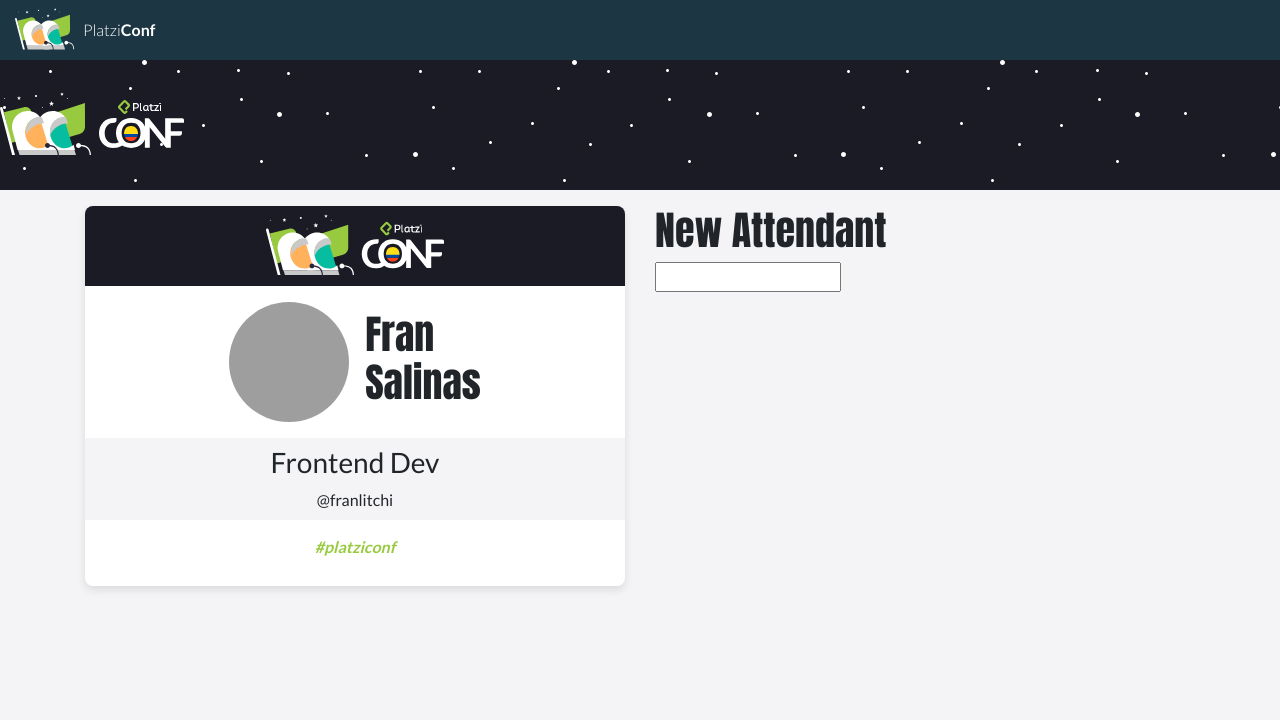
Repository: FranCodeCafe/fran-platzi-badges
Page: /
These files come from the project's save history. The page is drawn as it stood at one moment and after a run of saves; the edit follows.
The browser window is 1280 px wide. The pictures show the whole page.
Pictures or frames that could not be fetched are drawn as grey boxes. The project was rebuilt for these pictures with package versions that can differ from the ones it lists, and the page was loaded fresh each time.

Above is the page before, as saved 2020-01-20 11:20:25.

### src/index.js
import React from 'react';
import ReactDOM from 'react-dom';
import 'bootstrap/dist/css/bootstrap.css';

import './global.css';
import BadgeNew from './pages/BadgeNew';

const container = document.getElementById('app');

ReactDOM.render(<BadgeNew
    /* firstName="Fran"
    lastName="Salinas"
    avatarUrl="https://imgur.com/fMsLStH.jpg"
    jobTitle="Frontend Dev"
    twitter="franlitchi" */

/>, container);

### src/global.css
@import url('https://fonts.googleapis.com/css?family=Lato:300,400,700');
@import url('https://fonts.googleapis.com/css?family=Anton');


* {
  -webkit-font-smoothing: antialiased;
  -moz-osx-font-smoothing: grayscale;
}

body {
  font-family: 'Lato', 'Helvetica Neue', sans-serif;
  background-color: #F4F4F7;
}

h1 {
  font-family: 'Anton', sans-serif;
}

a.link-unstyled {
  color: inherit;
}

a.link-unstyled:hover {
  color: inherit;
  text-decoration: none;
}

.btn {
  padding: 0.375rem 2rem;
}

.btn.btn-primary {
  color: #fff;
  background-color: #7DCD40;
  border-color: #7DCD40;
}

.btn.btn-primary:not(:disabled):not(.disabled):hover {
  color: #fff;
  background-color: #7DCD40;
  border-color: #7DCD40;
}

.btn.btn-primary:not(:disabled):not(.disabled):active {
  color: #fff;
  background-color: #7DCD40;
  border-color: #7DCD40;
}

.btn.btn-primary:not(:disabled):not(.disabled):focus {
  box-shadow: 0 0 0 0.2rem rgba(125, 205, 64, 0.5);
}

.btn.btn-danger {
  color: #fff;
  background-color: #CD4040;
  border-color: #CD4040;
}

.btn.btn-danger:not(:disabled):not(.disabled):hover {
  color: #fff;
  background-color: #CD4040;
  border-color: #CD4040;
}

.btn.btn-danger:not(:disabled):not(.disabled):active {
  color: #fff;
  background-color: #CD4040;
  border-color: #CD4040;
}

.btn.btn-danger:not(:disabled):not(.disabled):focus {
  box-shadow: 0 0 0 0.2rem rgba(255, 64, 64, 0.5);
}

### src/pages/BadgeNew.js
import React from 'react';

import './styles/BadgeNew.css';
import header from '../images/badge-header.svg';
import Navbar from '../components/Navbar';
import Badge from '../components/Badge';
import BadgeForm from '../components/BadgeForm';


class BadgeNew extends React.Component {
  render() {
    return (
      <div>
        <Navbar/>
        <div className="BadgeNew__hero">
          <img className="img-fluid" src={header} alt="Logo"/>
        </div>

        <div className="container">
          <div className="row">
            <div className="col-6">
              <Badge avatarUrl="https://imgur.com/fMsLStH.jpg" firstName="Fran" lastName="Salinas" twitter="franlitchi" jobTitle="Frontend Dev" />
            </div>

            <div className="col-6">
              <BadgeForm />
            </div>

          </div>
        </div>
      </div>
    );
  }
}

export default BadgeNew;

### src/components/Navbar.js
import React from 'react';
import { Link } from 'react-router-dom';

import './styles/Navbar.css';
import logo from '../images/logo.svg';

class Navbar extends React.Component {
  render() {
    return (
      <div className="Navbar">
        <div className="container-fluid">
          <a className="Navbar__brand" href="/">
            <img className="Navbar__brand-logo" src={logo} alt="Logo" />
            <span className="font-weight-light">Platzi</span>
            <span className="font-weight-bold">Conf</span>
          </a>
        </div>
      </div>
    );
  }
}

export default Navbar;

### src/components/Badge.js
import React from 'react';

import './styles/Badge.css';
import confLogo from '../images/badge-header.svg';

class Badge extends React.Component {
  render() {
    return (
      <div className="Badge">
        <div className="Badge__header">
          <img src={confLogo} alt="Logo de la conferencia" />
        </div>

        <div className="Badge__section-name">
          <img
            className="Badge__avatar"
            src={this.props.avatarUrl}
            alt="Avatar"
          />
          <h1>
            {this.props.firstName} <br /> {this.props.lastName}
          </h1>
        </div>

        <div className="Badge__section-info">
          <h3>{this.props.jobTitle}</h3>
          <div>@{this.props.twitter}</div>
        </div>

        <div className="Badge__footer">#platziconf</div>
      </div>
    );
  }
}

export default Badge;

### src/components/BadgeForm.js
import React from 'react';

class BadgeForm extends React.Component {
  handleClick = e => {
    console.log('Button was clicked');
  };

  handleSubmit = e => {
    e.preventDefault();
    console.log('Form was submitted');
    console.log(this.state);
  };

  render() {
    return (
      <div>
        <h1>New Attendant</h1>

        <form>
          <div>
            <label></label>
            <input />
          </div>
        </form>
      </div>
    );
  }
}

export default BadgeForm;

### src/components/styles/Badge.css
.Badge {
  background: #FFFFFF;
  box-shadow: 0 4px 8px 0 rgba(0, 0, 0, 0.10);
  border-radius: 8px 8px 8px 8px;
  overflow: hidden;
  height: 380px;
}

.Badge__header {
  padding: 0.5rem 0;
  height: 80px;
  background: #1B1B25;
  display: flex;
  justify-content: center;
}

.Badge__section-name {
  display: flex;
  justify-content: center;
  align-items: center;
  padding: 1rem 0;
}

.Badge__section-info {
  display: flex;
  flex-direction: column;
  justify-content: center;
  align-items: center;
  padding: 0.5rem 0;
  background: #F4F4F7;
}


.Badge__avatar {
  border-radius: 50%;
  margin-right: 1rem;
  width: 120px;
  height: 120px;
}

.Badge__footer {
  height: 54px;
  display: flex;
  justify-content: center;
  align-items: center;
  color: #98CA3F;
  font-weight: bold;
  font-style: italic;
}

Loaded but not shown: public/index.html (common file); src/pages/styles/BadgeNew.css (common file); src/components/styles/Navbar.css (common file)

After the next 3 saves:
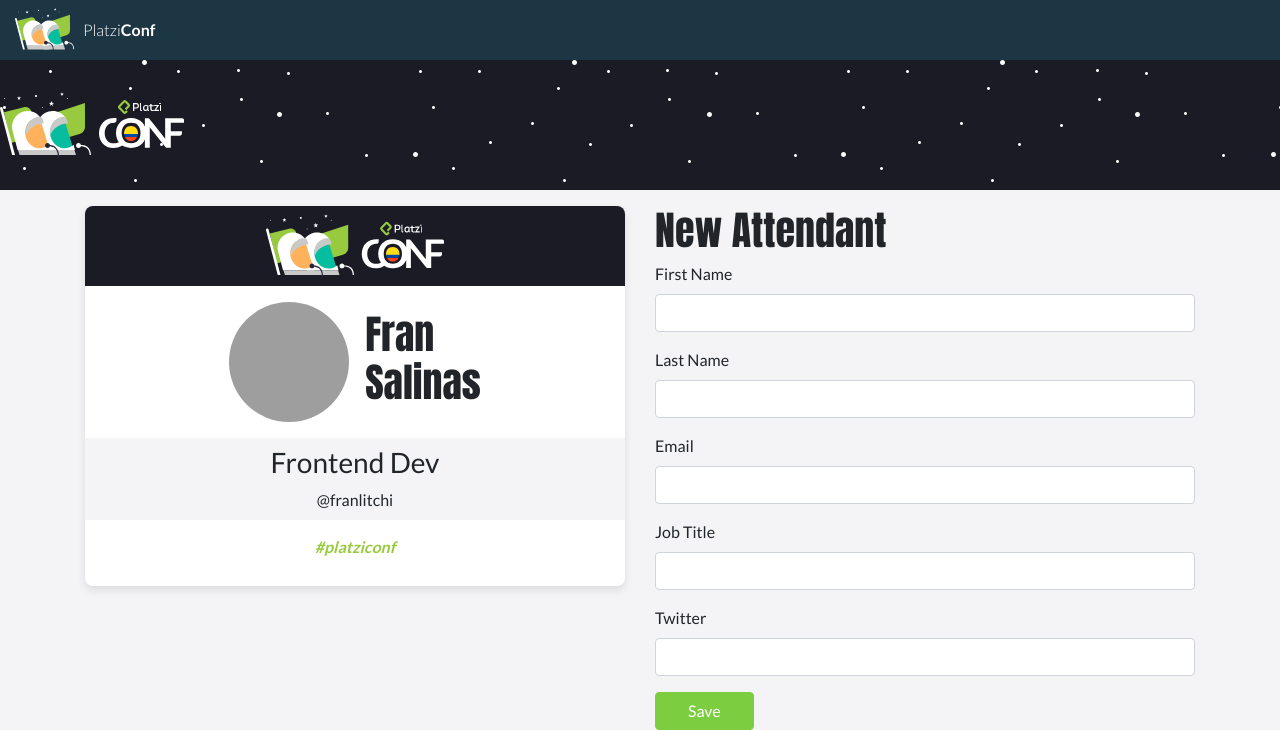
The 3 saves are shown as one change because 2 did not build or start.
The last was saved 2 min 39 s later.
--- a/src/components/BadgeForm.js
+++ b/src/components/BadgeForm.js
@@ -1,15 +1,6 @@
 import React from 'react';
 
 class BadgeForm extends React.Component {
-  handleClick = e => {
-    console.log('Button was clicked');
-  };
-
-  handleSubmit = e => {
-    e.preventDefault();
-    console.log('Form was submitted');
-    console.log(this.state);
-  };
 
   render() {
     return (
@@ -17,10 +8,54 @@
         <h1>New Attendant</h1>
 
         <form>
-          <div>
-            <label></label>
-            <input />
+          <div className="form-group">
+            <label>First Name</label>
+            <input
+              className="form-control"
+              type="text"
+              name="firstName"
+            />
           </div>
+
+          <div className="form-group">
+            <label>Last Name</label>
+            <input
+              className="form-control"
+              type="text"
+              name="lastName"
+            />
+          </div>
+
+          <div className="form-group">
+            <label>Email</label>
+            <input
+              className="form-control"
+              type="email"
+              name="email"
+            />
+          </div>
+
+          <div className="form-group">
+            <label>Job Title</label>
+            <input
+              className="form-control"
+              type="text"
+              name="jobTitle"
+            />
+          </div>
+
+          <div className="form-group">
+            <label>Twitter</label>
+            <input
+              className="form-control"
+              type="text"
+              name="twitter"
+            />
+          </div>
+
+          <button className="btn btn-primary">
+            Save
+          </button>
         </form>
       </div>
     );
